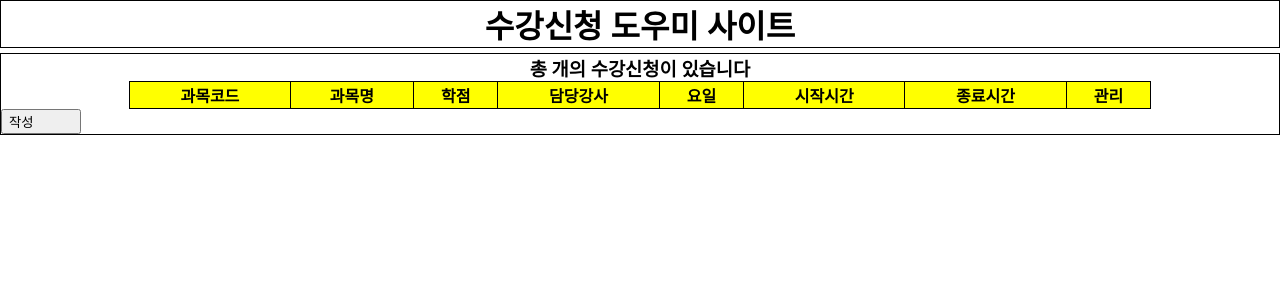
Repository: Tor1a/SpringSet
Page: http://localhost/practice02/WEB-INF/views/home.jsp
These files come from the project's save history. The page is drawn as it stood at one moment and after the next save; the edit follows.
The browser window is 1280 px wide. The pictures show the whole page.
The page is served by Tomcat 9. Nobody is signed in. Other server files are loaded and not shown. The template is opened directly, without the code that normally fills it, so the values that code supplies are empty.

Above is the page before, as saved 2022-04-15 00:14:13.

### practice02/src/main/webapp/WEB-INF/views/home.jsp
<%@ page language="java" contentType="text/html; charset=UTF-8"
	pageEncoding="UTF-8"%>
<%@ taglib prefix="c" uri="http://java.sun.com/jsp/jstl/core"%>
<%@ taglib prefix="fmt" uri="http://java.sun.com/jsp/jstl/fmt"%>




<!DOCTYPE html>
<html>
<head>
<meta charset="UTF-8">
<script src="../js/jquery-3.6.0.min.js"></script>
<link rel="stylesheet"
	href="${pageContext.request.contextPath}/resources/css/home.css">
<script
	src="${pageContext.request.contextPath}/resources/js/course/home.js"></script>

<title>수강신청 도우미 사이트</title>
</head>
<body>

	<div id="wrapper">

		<h1 class="title">수강신청 도우미 사이트</h1>

		<div id="content">
			<h3 class="total">총 ${total}개의 수강신청이 있습니다</h3>

		<table class="liTb">
			<thead>
				<th>과목코드</th>
				<th>과목명</th>
				<th>학점</th>
				<th>담당강사</th>
				<th>요일</th>
				<th>시작시간</th>
				<th>종료시간</th>
				<th>관리</th>
			</thead>

			<c:forEach var="vo" items="${list}">
				<tr>
					<td>${vo.crId}</td>
					<td>${vo.crName}</td>
					<td>${vo.credit}</td>
					<td>${vo.lec_name}</td>
					<td>${vo.crWeek}</td>
					<td><c:if test="${vo.start_hour < 1000}">
							0${vo.start_hour}
						</c:if> <c:if test="${vo.start_hour >= 1000}">
							${vo.start_hour}
						</c:if></td>
					<td>${vo.end_end}</td>
					<td><a href="updateCourseForm.do?crId=${vo.crId}">수정</a> /<a
						href="deleteCourse.do?crId=${vo.crId}">삭제</a></td>
				</tr>
			</c:forEach>
		</table>
		<button id="add" onclick="add()">작성</button>
		</div>
	</div>



</body>
</html>

### practice02/src/main/webapp/resources/css/home.css
@charset "UTF-8";

body, h1, h2, h3, h4, h5, p, ul, li, ol, dd, dt, dl { padding: 0; margin: 0; }

ul {list-style: none;}

a:hover{text-decoration: none;}

body{width: auto; hight: auto;}

#container {display: flex; flex-direction: column;  width: 100%; height: 100%; border: 1px solid black; padding: 10px;}

#content {display:flex; flex-direction: column; justify-content: center; border: 1px solid black;}

#add {display: flex;   width: 80px; hight: 30px; text-align: center;}

.liTb {margin: auto; border-collapse: collapse; border: 1px solid black; width: 80%;}

.title{display:flex;  flex-direction:row; justify-content:center;  text-align: center; border: 1px solid black; margin-bottom: 5px;}
.total {text-align: center;}



th {text-align: center; border: 1px solid black; background-color: yellow;}
td {text-align: center; border: 1px solid black;}

### practice02/src/main/webapp/resources/js/course/home.js
var crId = document.getElementById('vo.crId');

function deleteBtn(crId){
	if(confirm("삭제 하시겠습니까?")){
		var form = document.getElementById('delCourse');
		form.action = 'deleteCourseForm.do?crId='+crId;
		form.method = "GET";
		form.submit();

		return true;
	}else{

		return false;
	}
}


function add(){
	location.href = "courseAddForm.do";
}

Loaded but not shown: practice02/src/main/webapp/resources/js/jquery-3.6.0.min.js (library)

After the next save:
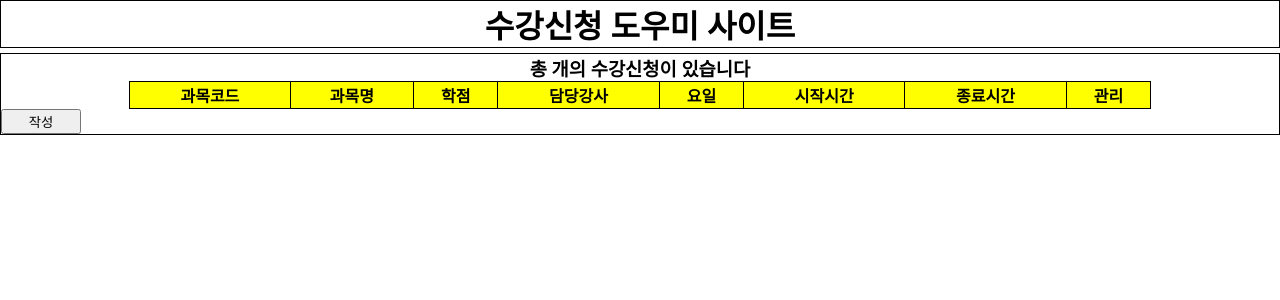
Saved 25 s later.
--- a/practice02/src/main/webapp/resources/css/home.css
+++ b/practice02/src/main/webapp/resources/css/home.css
@@ -12,7 +12,7 @@ body{width: auto; hight: auto;}
 
 #content {display:flex; flex-direction: column; justify-content: center; border: 1px solid black;}
 
-#add {display: flex;   width: 80px; hight: 30px; text-align: center;}
+#add {display: flex;   width: 80px; hight: 30px; justify-content: center;}
 
 .liTb {margin: auto; border-collapse: collapse; border: 1px solid black; width: 80%;}
 
